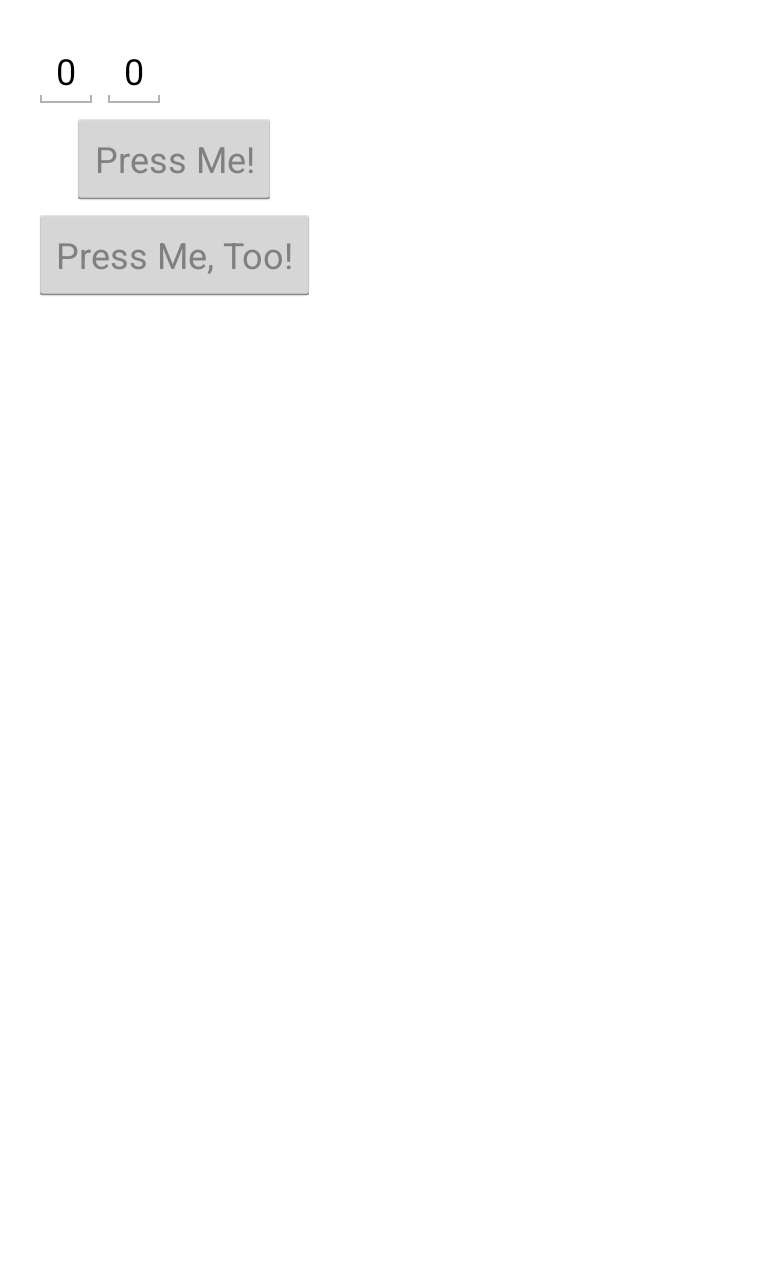
Repository: radupoenaru1992/Model
Layout: PracticalTest01/res/layout/activity_practical_test01_main.xml
The author's editor kept a copy of each file at every save. The layout is drawn from the files as they stood at one save, then again after the next save.
It is drawn on a 768 x 1280 px phone screen (xhdpi) without system bars, with theme AppTheme; the app's code is not run.

Above is the layout before, as saved 2015-03-29 17:18:29.

After the next save:
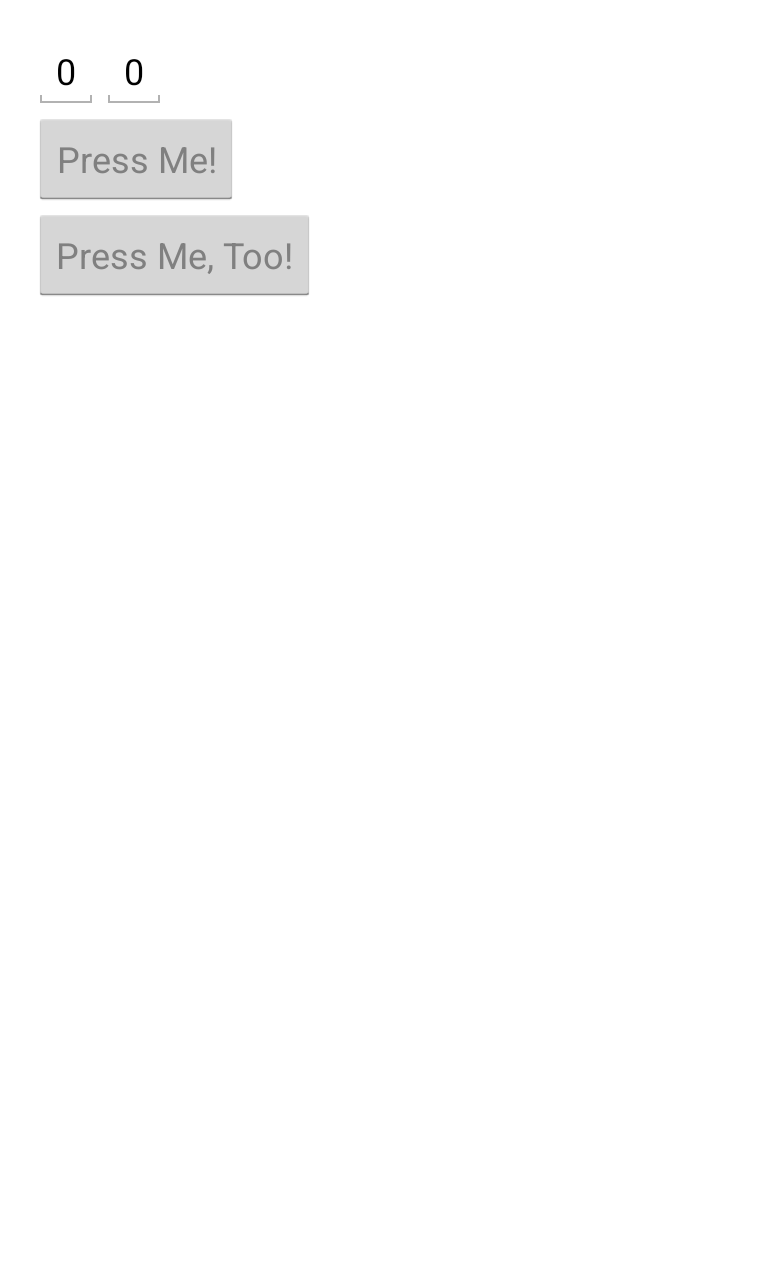
Saved 18 s later.
--- a/PracticalTest01/res/layout/activity_practical_test01_main.xml
+++ b/PracticalTest01/res/layout/activity_practical_test01_main.xml
@@ -49,7 +49,7 @@
             android:layout_height="wrap_content"
             android:id="@+id/bSt"
             android:hint="Press Me!"
-            android:layout_gravity="center"/>
+            android:layout_gravity="center|left"/>
 
         <Button
             android:layout_width="wrap_content"
